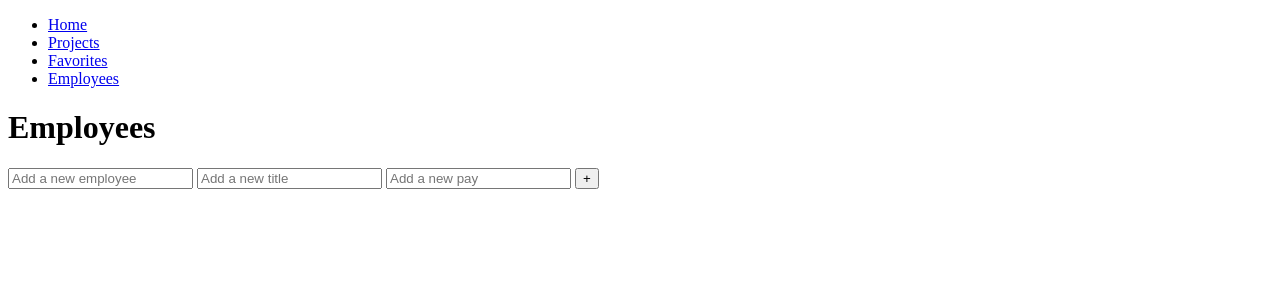
Repository: Kayla-amr/workApp
Page: client/employees.html
An editor plug-in stored every save of this project. The page is shown before and after the next save, followed by the edit.
The browser window is 1280 px wide. The pictures show the whole page.
The page's requests for data from a server got no answer.

Above is the page before, as saved 2023-12-08 16:28:26.

### client/employees.html
<!DOCTYPE html>
<html lang="en">
<head>
    <meta charset="UTF-8">
    <meta name="viewport" content="width=device-width, initial-scale=1.0">
    <title>Work Management App : Employees</title>
</head>
<body>
    <div class="app">
        <div>
            <nav>
                <ul>
                    <li><a href="./index.html">Home</a></li>
                    <li><a href="./projects.html">Projects</a></li>
                    <li><a href="./favorites.html">Favorites</a></li>
                    <li><a href="./employees.html">Employees</a></li>
                </ul>
        </div>
        <h1>Employees</h1>

        <div class="search">

        </div>

        <div class="input">
            <input class="userEName" type="text" placeholder="Add a new employee">
            <input class="userETitle" type="text" placeholder="Add a new title">
            <input class="userEPay" type="text" placeholder="Add a new pay">

            <button class="addEInput">+</button>

        <div class="employee">


        </div>
</body>
<script src="./src/employees.js"></script>
</html>

### client/src/employees.js
let employees = [];

async function getData(){

        const response = await fetch('api/employees');
        const data = await response.json();
        employees = data;
        viewEmployees(employees);
}
getData();


let employeeList = document.querySelector('.employee');

function addEmployee() {
    let userEName = document.querySelector('.userEName');
    let userETitle = document.querySelector('.userETitle');
    let userEPay = document.querySelector('.userEPay');
    fetch('api/employees', {
        method: 'POST',
        headers: {
            'Content-Type': 'application/json'
        },
        body: JSON.stringify({
            name:userEName.value,
            title:userETitle.value,
            pay:parseFloat(userEPay.value)
        })
    })
    .then(response => response.json())
    .then(data => {
        employees = data;
        viewEmployees(employees);
    })
    .catch((error) => {
        console.error('Error:', error);
    }
    );

}

addEInput = document.querySelector('.addEInput');
addEInput.addEventListener('click', (event) => {
    addEmployee();
}
);

function employeeProfile(employee) {
    let li = document.createElement('li');
    li.setAttribute('id', employee.id);
    li.innerText = employee.name;

    // Add click event listener
    li.addEventListener('click', function() {
        // Redirect to employee detail page
        window.location.href = 'employee.html?id=' + employee.id;
    });

    return li;
}

function viewEmployees(employees) {
    employeeList.innerHTML = '';
    employees.forEach((employee) => {
        let li = employeeProfile(employee);
        employeeList.appendChild(li);
    });
}

viewEmployees(employees);

After the next save:
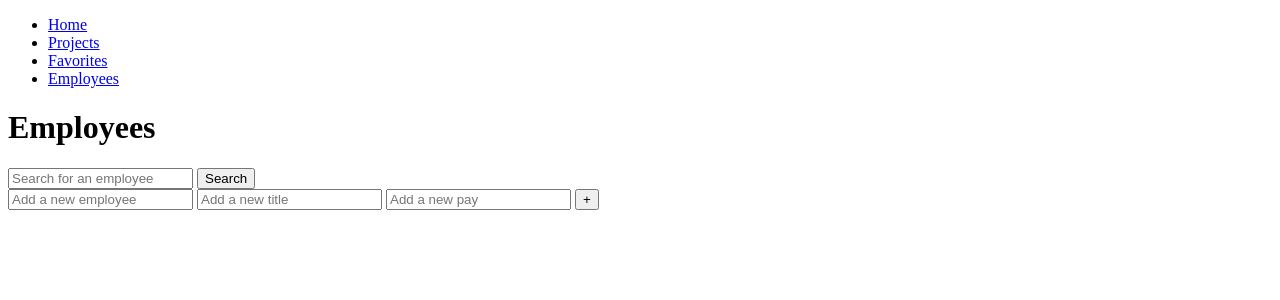
Saved 5 s later.
--- a/client/employees.html
+++ b/client/employees.html
@@ -19,7 +19,8 @@
         <h1>Employees</h1>
 
         <div class="search">
-
+            <input class="searchE" type="text" placeholder="Search for an employee">
+            <button class="searchEButton">Search</button>
         </div>
 
         <div class="input">
